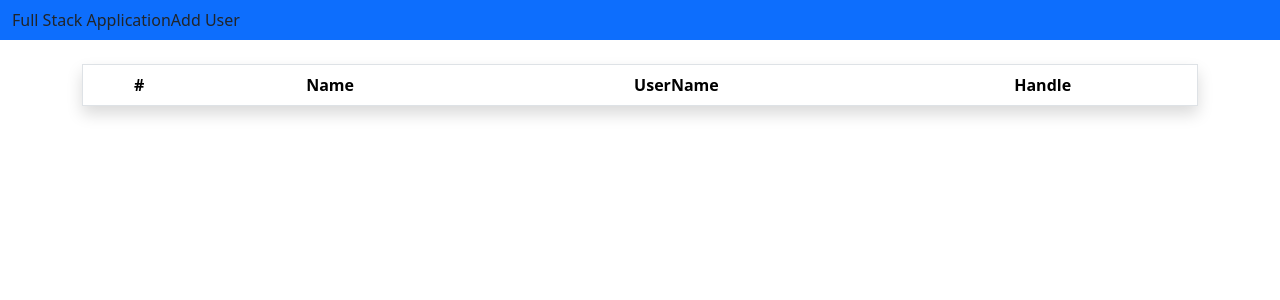
Repository: rajratangm/spring
Page: /adduser (app in front/)
The author's editor kept a copy of each file at every save. The page is drawn from the files as they stood at one save, then again after the next save.
The browser window is 1280 px wide. The pictures show the whole page.
The page's requests for data from a server got no answer. The project was rebuilt for these pictures with package versions that can differ from the ones it lists, and the page was loaded fresh each time. No one was signed in, and anything a server would have sent is missing.

Above is the page before, as saved 2024-05-19 17:59:40.

### front/src/App.js

import './App.css';
import "../node_modules/bootstrap/dist/css/bootstrap.min.css";
import Navbar from './layout/Navbar';
import Home from './pages/Home';

function App() {
  return (
    <div className="App">
    <Navbar/>
    <Home/>
    </div>
  );
}

export default App;

### front/src/layout/Navbar.js
import React from 'react'
import { Link } from "react-router-dom";

const Navbar = () => {
  return (
    <div>
    <nav className="navbar navbar-expand-lg navbar-dark bg-primary">
      <div className="container-fluid">

          Full Stack Application

        <button
          className="navbar-toggler"
          type="button"
          data-bs-toggle="collapse"
          data-bs-target="#navbarSupportedContent"
          aria-controls="navbarSupportedContent"
          aria-expanded="false"
          aria-label="Toggle navigation"
        >
          <span className="navbar-toggler-icon"></span>
        </button>
          Add User

      </div>
    </nav>
  </div>
  )
}

export default Navbar

### front/src/pages/Home.js
import React, { useEffect } from "react";
import axios from "axios";
import { useState } from "react";
const Home = () => {
  const [users, setUsers] = useState([]);

  useEffect(() => {
    loadUsers();
  }, []);

  const loadUsers = async () => {
    const result = await axios.get("http://localhost:8080/users");
    setUsers(result.data)
    console.log(result.data)
    console.log(users)
  };

  return (
    <div className="container">
      <div className="py-4">
        <table className="table border shadow">
          <thead>
            <tr>
              <th scope="col">#</th>
              <th scope="col">Name</th>
              <th scope="col">UserName</th>
              <th scope="col">Handle</th>
            </tr>
          </thead>
          <tbody>
            {users.map((user, index)=>{
              <tr>
                <th scope="row" key= {index}>{index+1}</th>
                <td>user.name</td>
                <td>user.username</td>
                <td>user.email</td>
              </tr>;
            })}
          </tbody>
        </table>
      </div>
    </div>
  );
};

export default Home;

Loaded but not shown: front/public/index.html (common file); front/src/index.js (common file); front/src/index.css (common file); front/src/reportWebVitals.js (common file); front/src/App.css (common file)

After the next save:
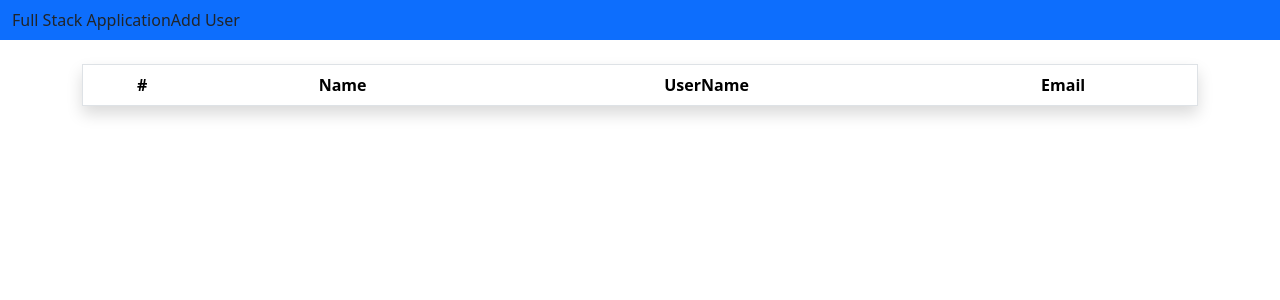
Saved 4 s later.
--- a/front/src/pages/Home.js
+++ b/front/src/pages/Home.js
@@ -24,7 +24,7 @@ const Home = () => {
               <th scope="col">#</th>
               <th scope="col">Name</th>
               <th scope="col">UserName</th>
-              <th scope="col">Handle</th>
+              <th scope="col">Email</th>
             </tr>
           </thead>
           <tbody>
